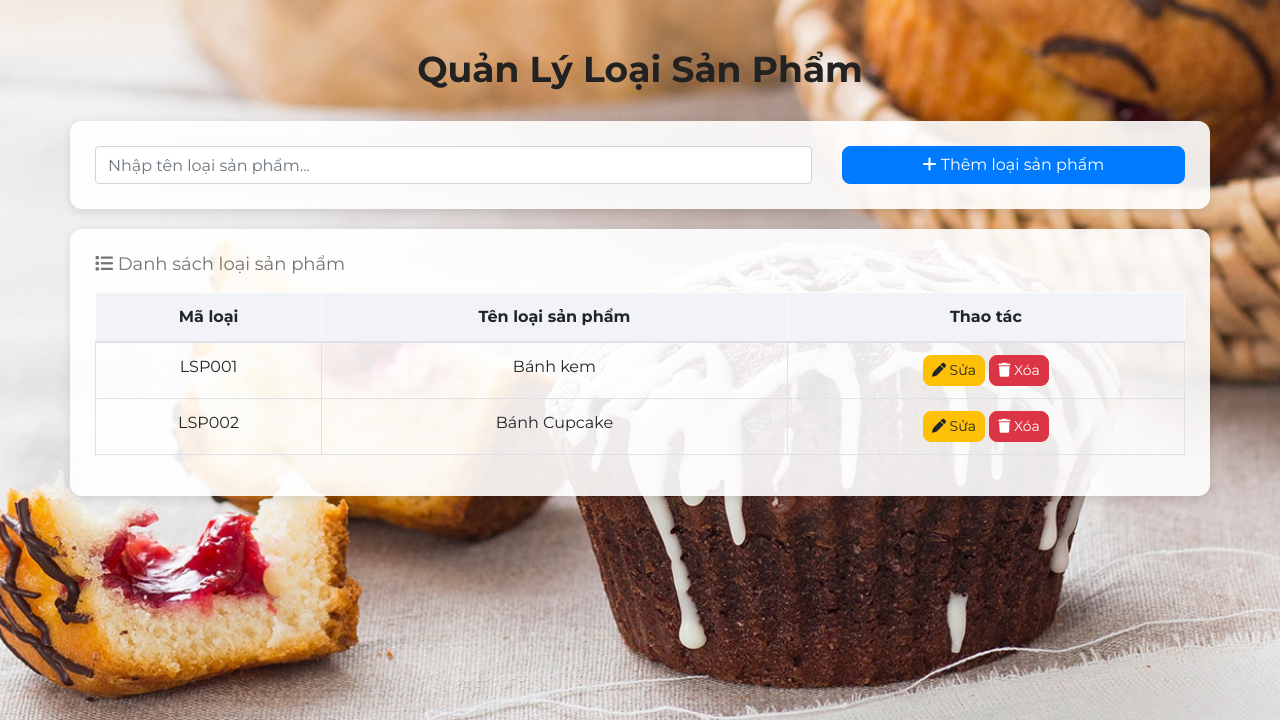
Repository: nhanto2n-byte/Nhom10ChieuThu3
Page: ProjectWeb/cake-main/admin_type.html
The author's editor kept a copy of each file at every save. The page is drawn from the files as they stood at one save, then again after the next save.
The browser window is 1280 px wide. The pictures show the whole page.

Above is the page before, as saved 2025-10-29 08:46:57.

### ProjectWeb/cake-main/admin_type.html
<!DOCTYPE html>
<html lang="vi">

<head>
  <meta charset="UTF-8">
  <meta name="viewport" content="width=device-width, initial-scale=1.0">
  <title>Quản lý Loại Sản phẩm</title>

  <link href="https://fonts.googleapis.com/css2?family=Playfair+Display:wght@400;500;600;700;800;900&display=swap" rel="stylesheet">
  <link href="https://fonts.googleapis.com/css2?family=Montserrat:wght@300;400;500;600;700;800;900&display=swap" rel="stylesheet">
  <link rel="stylesheet" href="css/bootstrap.min.css" type="text/css">
  <link rel="stylesheet" href="css/style.css" type="text/css">
  <link rel="stylesheet" href="https://cdnjs.cloudflare.com/ajax/libs/font-awesome/6.0.0-beta3/css/all.min.css">

  <style>
    body {
      background: url('img/hero/hero-1.jpg') no-repeat center center fixed;
      background-size: cover;
      font-family: 'Montserrat', sans-serif;
      color: #222;
    }

    .card {
      border: none;
      border-radius: 12px;
      box-shadow: 0 3px 10px rgba(0, 0, 0, 0.1);
      background-color: rgba(255, 255, 255, 0.9);
      padding: 25px;
      margin-bottom: 20px;
    }

    h2 {
      font-weight: 700;
      color: #222;
      margin-bottom: 30px;
    }

    .table th {
      background-color: #f1f3f9;
    }

    .btn-primary,
    .btn-warning,
    .btn-danger {
      border-radius: 8px;
    }
  </style>
</head>

<body>
  <div class="container py-5">
    <h2 class="text-center">Quản Lý Loại Sản Phẩm</h2>

    <!-- Form thêm/sửa loại sản phẩm -->
    <div class="card">
      <form id="formLoaiSP">
        <div class="row g-3 align-items-center">
          <div class="col-md-8">
            <input type="text" id="tenLoai" class="form-control" placeholder="Nhập tên loại sản phẩm..." required>
          </div>
          <div class="col-md-4 text-end">
            <button type="submit" id="btnSubmit" class="btn btn-primary w-100">
              <i class="fa-solid fa-plus"></i> Thêm loại sản phẩm
            </button>
          </div>
        </div>
      </form>
    </div>

    <!-- Danh sách loại sản phẩm -->
    <div class="card">
      <h5><i class="fa-solid fa-list"></i> Danh sách loại sản phẩm</h5>
      <div class="table-responsive mt-3">
        <table class="table table-bordered text-center align-middle">
          <thead class="table-light">
            <tr>
              <th>Mã loại</th>
              <th>Tên loại sản phẩm</th>
              <th>Thao tác</th>
            </tr>
          </thead>
          <tbody>
            <tr>
              <td>LSP001</td>
              <td>Bánh kem</td>
              <td>
                <button type="button" class="btn btn-warning btn-sm btn-edit">
                  <i class="fa-solid fa-pen"></i> Sửa
                </button>
                <button class="btn btn-danger btn-sm">
                  <i class="fa-solid fa-trash"></i> Xóa
                </button>
              </td>
            </tr>
            <tr>
              <td>LSP002</td>
              <td>Bánh Cupcake</td>
              <td>
                <button type="button" class="btn btn-warning btn-sm btn-edit">
                  <i class="fa-solid fa-pen"></i> Sửa
                </button>
                <button class="btn btn-danger btn-sm">
                  <i class="fa-solid fa-trash"></i> Xóa
                </button>
              </td>
            </tr>
          </tbody>
        </table>
      </div>
    </div>
  </div>

  <script>
    // Khi bấm nút "Sửa"
    document.querySelectorAll('.btn-edit').forEach(button => {
      button.addEventListener('click', () => {
        const row = button.closest('tr');
        const ten = row.children[1].textContent.trim(); // lấy tên sản phẩm
        document.getElementById('tenLoai').value = ten; // điền lên ô nhập
        document.getElementById('btnSubmit').innerHTML = '<i class="fa-solid fa-pen"></i> Cập nhật loại sản phẩm';
        document.getElementById('tenLoai').focus(); // tự động focus
      });
    });
  </script>

</body>
</html>

Loaded but not shown: ProjectWeb/cake-main/css/bootstrap.min.css (library); ProjectWeb/cake-main/css/style.css (4080 lines, source omitted)

After the next save:
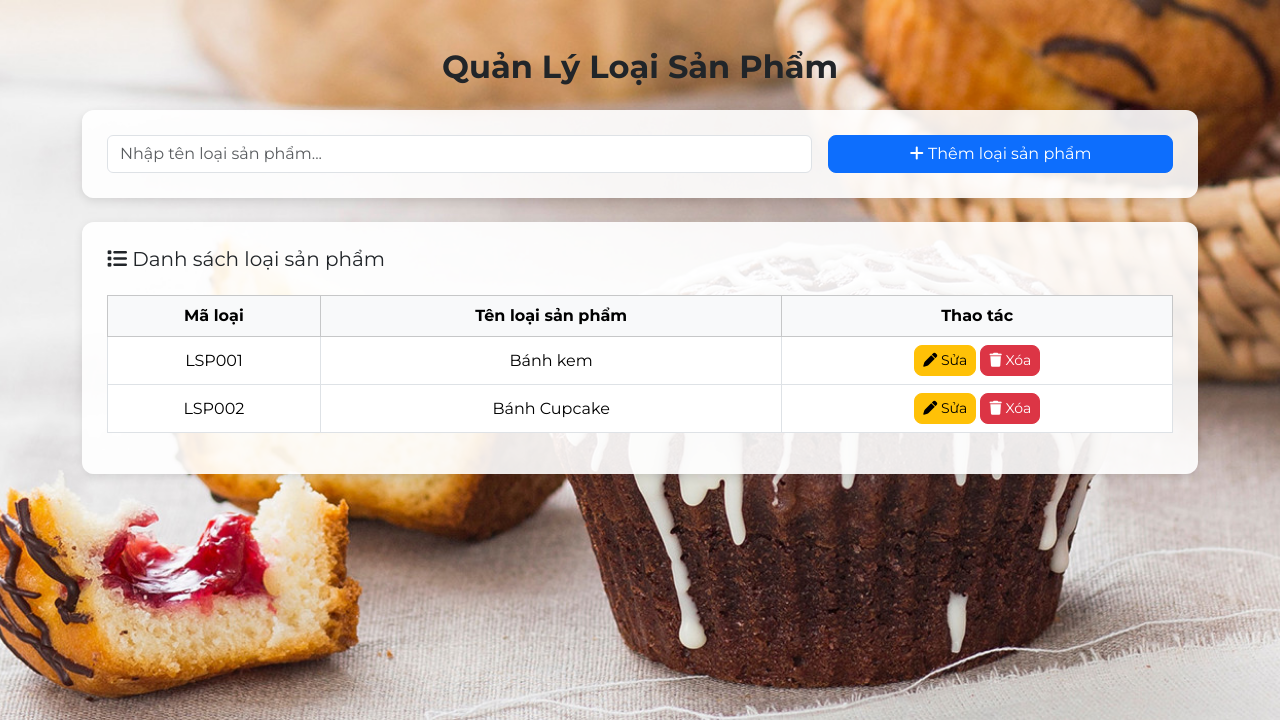
Saved 89 s later.
--- a/ProjectWeb/cake-main/admin_type.html
+++ b/ProjectWeb/cake-main/admin_type.html
@@ -6,10 +6,8 @@
   <meta name="viewport" content="width=device-width, initial-scale=1.0">
   <title>Quản lý Loại Sản phẩm</title>
 
-  <link href="https://fonts.googleapis.com/css2?family=Playfair+Display:wght@400;500;600;700;800;900&display=swap" rel="stylesheet">
-  <link href="https://fonts.googleapis.com/css2?family=Montserrat:wght@300;400;500;600;700;800;900&display=swap" rel="stylesheet">
-  <link rel="stylesheet" href="css/bootstrap.min.css" type="text/css">
-  <link rel="stylesheet" href="css/style.css" type="text/css">
+  <link href="https://fonts.googleapis.com/css2?family=Montserrat:wght@400;600;700&display=swap" rel="stylesheet">
+  <link rel="stylesheet" href="https://cdn.jsdelivr.net/npm/bootstrap@5.3.2/dist/css/bootstrap.min.css">
   <link rel="stylesheet" href="https://cdnjs.cloudflare.com/ajax/libs/font-awesome/6.0.0-beta3/css/all.min.css">
 
   <style>
@@ -17,7 +15,6 @@
       background: url('img/hero/hero-1.jpg') no-repeat center center fixed;
       background-size: cover;
       font-family: 'Montserrat', sans-serif;
-      color: #222;
     }
 
     .card {
@@ -29,37 +26,29 @@
       margin-bottom: 20px;
     }
 
-    h2 {
-      font-weight: 700;
-      color: #222;
-      margin-bottom: 30px;
+    .btn {
+      border-radius: 8px;
     }
 
-    .table th {
-      background-color: #f1f3f9;
-    }
-
-    .btn-primary,
-    .btn-warning,
-    .btn-danger {
-      border-radius: 8px;
+    #editForm {
+      display: none;
     }
   </style>
 </head>
 
 <body>
   <div class="container py-5">
-    <h2 class="text-center">Quản Lý Loại Sản Phẩm</h2>
+    <h2 class="text-center mb-4 fw-bold">Quản Lý Loại Sản Phẩm</h2>
 
-    <!-- Form thêm/sửa loại sản phẩm -->
-    <div class="card">
-      <form id="formLoaiSP">
+    <!-- Form thêm -->
+    <div class="card mb-4">
+      <form id="addForm">
         <div class="row g-3 align-items-center">
           <div class="col-md-8">
-            <input type="text" id="tenLoai" class="form-control" placeholder="Nhập tên loại sản phẩm..." required>
+            <input type="text" class="form-control" placeholder="Nhập tên loại sản phẩm..." required>
           </div>
           <div class="col-md-4 text-end">
-            <button type="submit" id="btnSubmit" class="btn btn-primary w-100">
+            <button type="submit" class="btn btn-primary w-100">
               <i class="fa-solid fa-plus"></i> Thêm loại sản phẩm
             </button>
           </div>
@@ -67,7 +56,7 @@
       </form>
     </div>
 
-    <!-- Danh sách loại sản phẩm -->
+    <!-- Danh sách -->
     <div class="card">
       <h5><i class="fa-solid fa-list"></i> Danh sách loại sản phẩm</h5>
       <div class="table-responsive mt-3">
@@ -108,20 +97,49 @@
         </table>
       </div>
     </div>
+
+    <!-- Form sửa (ẩn ban đầu) -->
+    <div class="card mt-4" id="editForm">
+      <h5><i class="fa-solid fa-pen"></i> Chỉnh sửa loại sản phẩm</h5>
+      <form>
+        <div class="mb-3">
+          <label for="editMa" class="form-label">Mã loại</label>
+          <input type="text" id="editMa" class="form-control" readonly>
+        </div>
+        <div class="mb-3">
+          <label for="editTen" class="form-label">Tên loại sản phẩm</label>
+          <input type="text" id="editTen" class="form-control" required>
+        </div>
+        <div class="text-end">
+          <button type="button" id="btnCancel" class="btn btn-secondary">
+            <i class="fa-solid fa-xmark"></i> Hủy
+          </button>
+          <button type="submit" class="btn btn-success">
+            <i class="fa-solid fa-save"></i> Lưu thay đổi
+          </button>
+        </div>
+      </form>
+    </div>
   </div>
 
   <script>
-    // Khi bấm nút "Sửa"
-    document.querySelectorAll('.btn-edit').forEach(button => {
-      button.addEventListener('click', () => {
-        const row = button.closest('tr');
-        const ten = row.children[1].textContent.trim(); // lấy tên sản phẩm
-        document.getElementById('tenLoai').value = ten; // điền lên ô nhập
-        document.getElementById('btnSubmit').innerHTML = '<i class="fa-solid fa-pen"></i> Cập nhật loại sản phẩm';
-        document.getElementById('tenLoai').focus(); // tự động focus
+    const editForm = document.getElementById('editForm');
+    const editMa = document.getElementById('editMa');
+    const editTen = document.getElementById('editTen');
+
+    document.querySelectorAll('.btn-edit').forEach(btn => {
+      btn.addEventListener('click', () => {
+        const row = btn.closest('tr');
+        editMa.value = row.children[0].textContent.trim();
+        editTen.value = row.children[1].textContent.trim();
+        editForm.style.display = 'block';
+        window.scrollTo({ top: document.body.scrollHeight, behavior: 'smooth' });
       });
     });
+
+    document.getElementById('btnCancel').addEventListener('click', () => {
+      editForm.style.display = 'none';
+    });
   </script>
-
 </body>
 </html>
